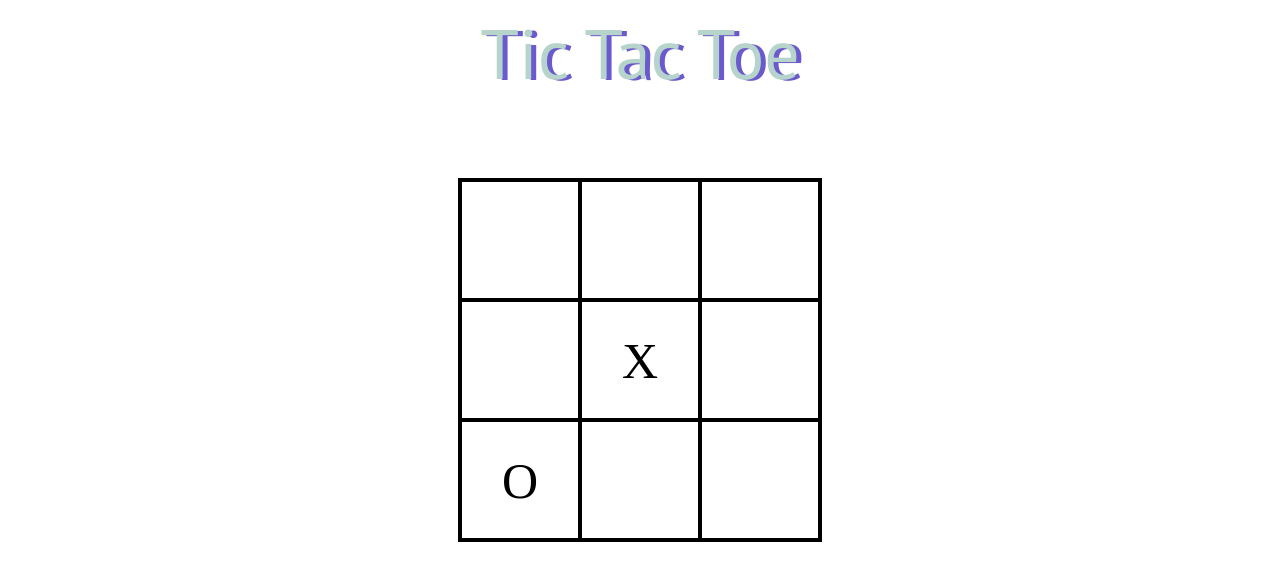
Repository: chin9/TicTacToe
Page: index.html
The author's editor kept a copy of each file at every save. The page is drawn from the files as they stood at one save, then again after the next save.
The browser window is 1280 px wide. The pictures show the whole page.

Above is the page before, as saved 2021-05-15 20:52:39.

After the next save:
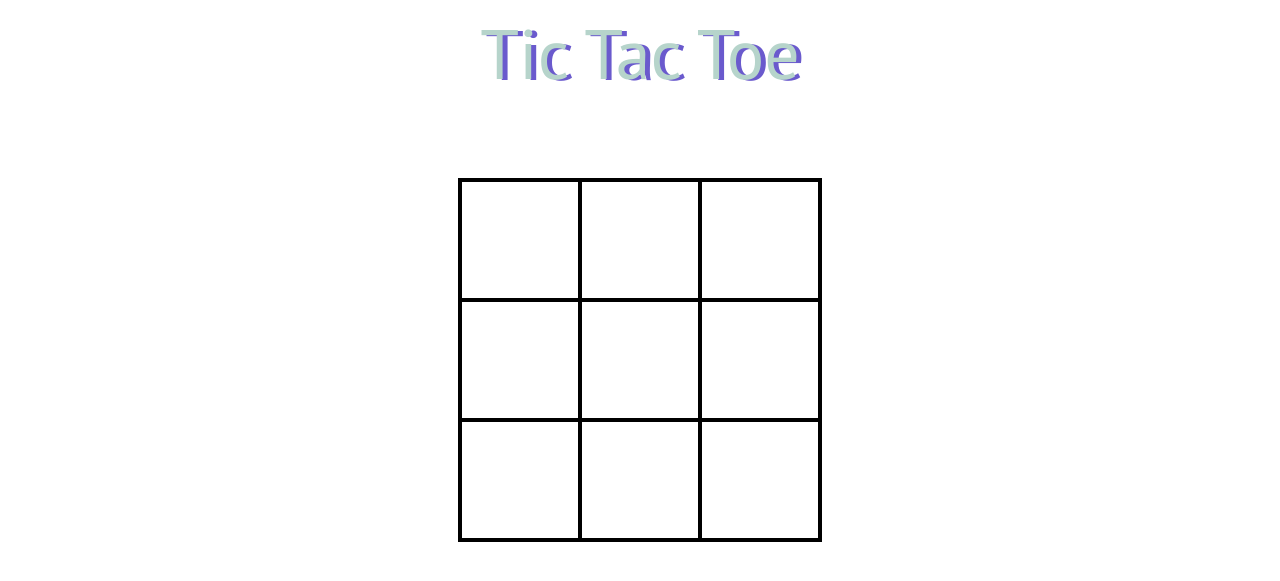
Saved 103 s later.
--- a/script.js
+++ b/script.js
@@ -2,9 +2,10 @@
 
 const gameboard = (() => {
 
+    // 0: blank; 'O': circle; 'X': cross
     var grids = [0, 0, 0,
-                 0, 'X', 0,
-                 'O', 0, 0];
+                 0, 0, 0,
+                 0, 0, 0];
 
     function renderBoard() {
 
